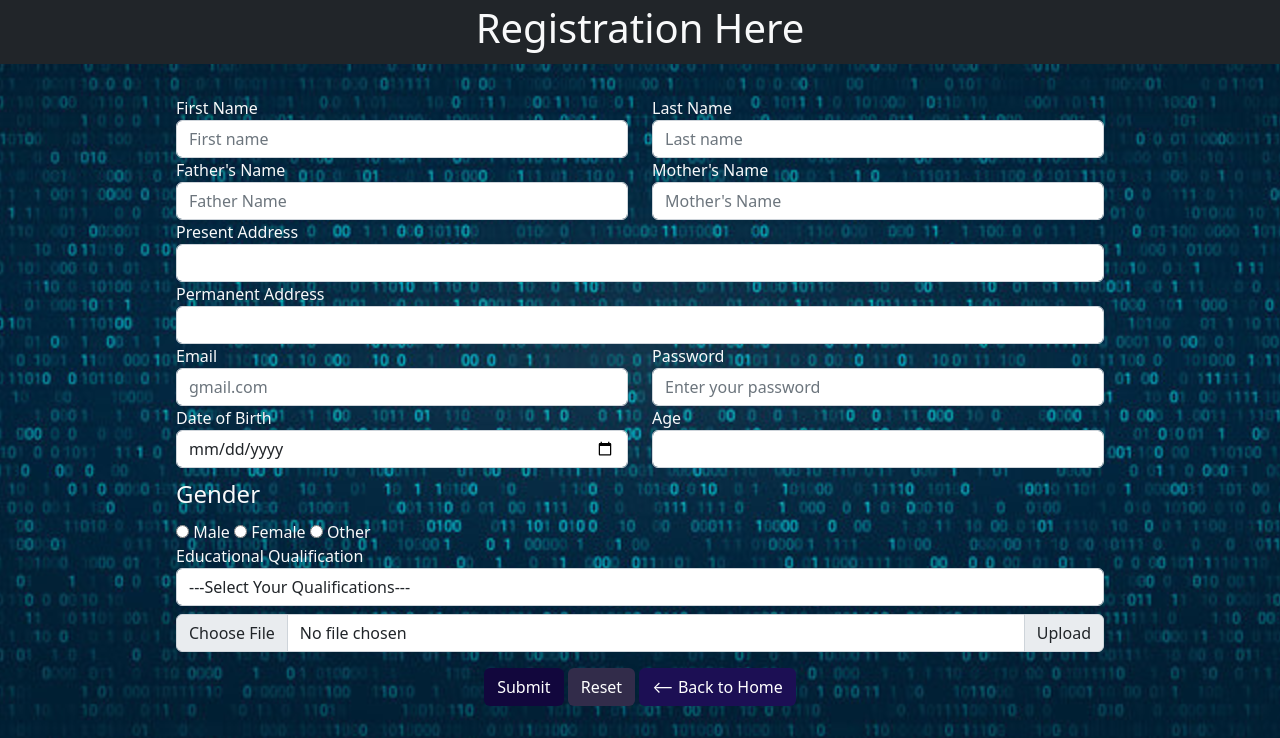
Repository: OmarFaruq97/JspServlet
Page: http://localhost/Form/pages/MainForm.jsp
These files come from the project's save history. The page is drawn as it stood at one moment and after the next save; the edit follows.
The browser window is 1280 px wide. The pictures show the whole page.
Backgrounds fixed to the window are drawn as part of the page. The page is served by Tomcat 9.

Above is the page before, as saved 2025-02-07 23:23:21.

After the next save:
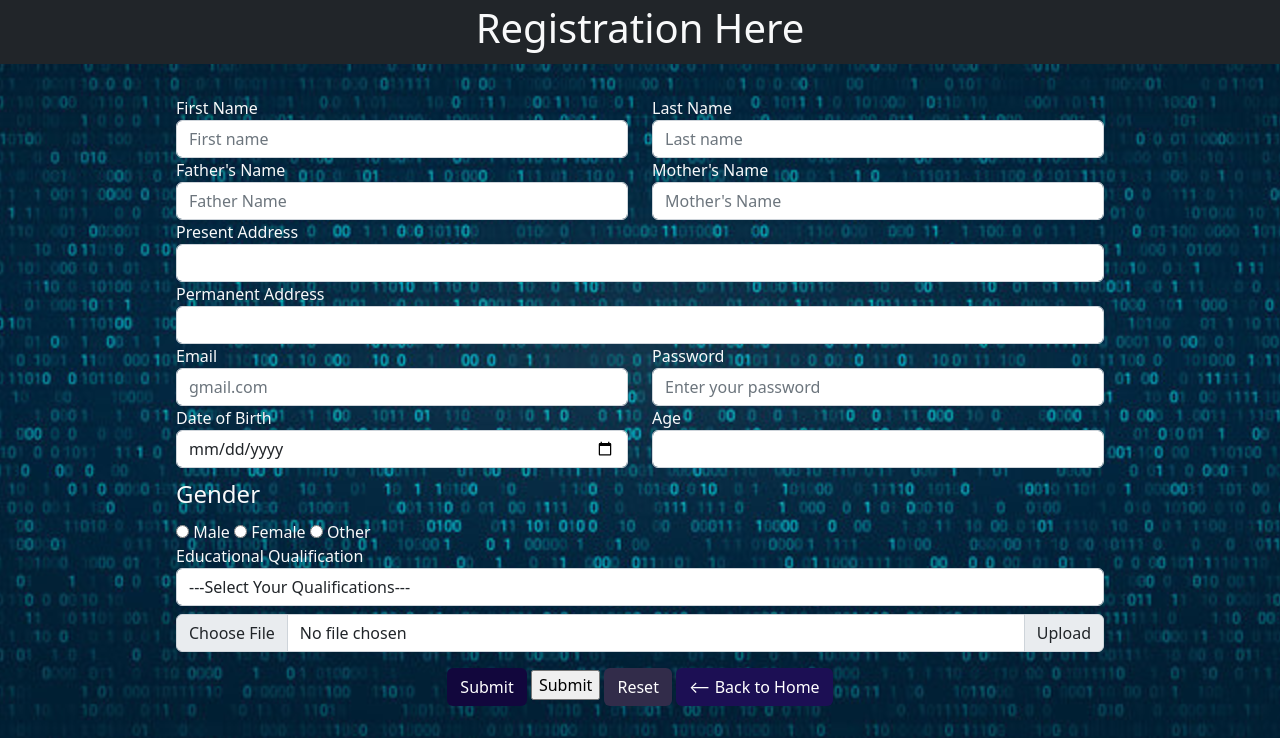
Saved 6 min 43 s later.
--- a/Form/src/main/webapp/pages/MainForm.jsp
+++ b/Form/src/main/webapp/pages/MainForm.jsp
@@ -103,6 +103,7 @@
 
         <div class="mt-3 text-center">
             <input type="submit" class="btn text-white" value="Submit" style="background-color: #12073d">
+            <input class="blue-btn" type="submit" value="Submit">
             <input type="reset" class="btn text-white" value="Reset" style="background-color: #322c4a;">
             <a class="btn text-white" href="/Form" style="background-color: #1c0f54;">⟵ Back to Home</a>
         </div>

After the save that followed:
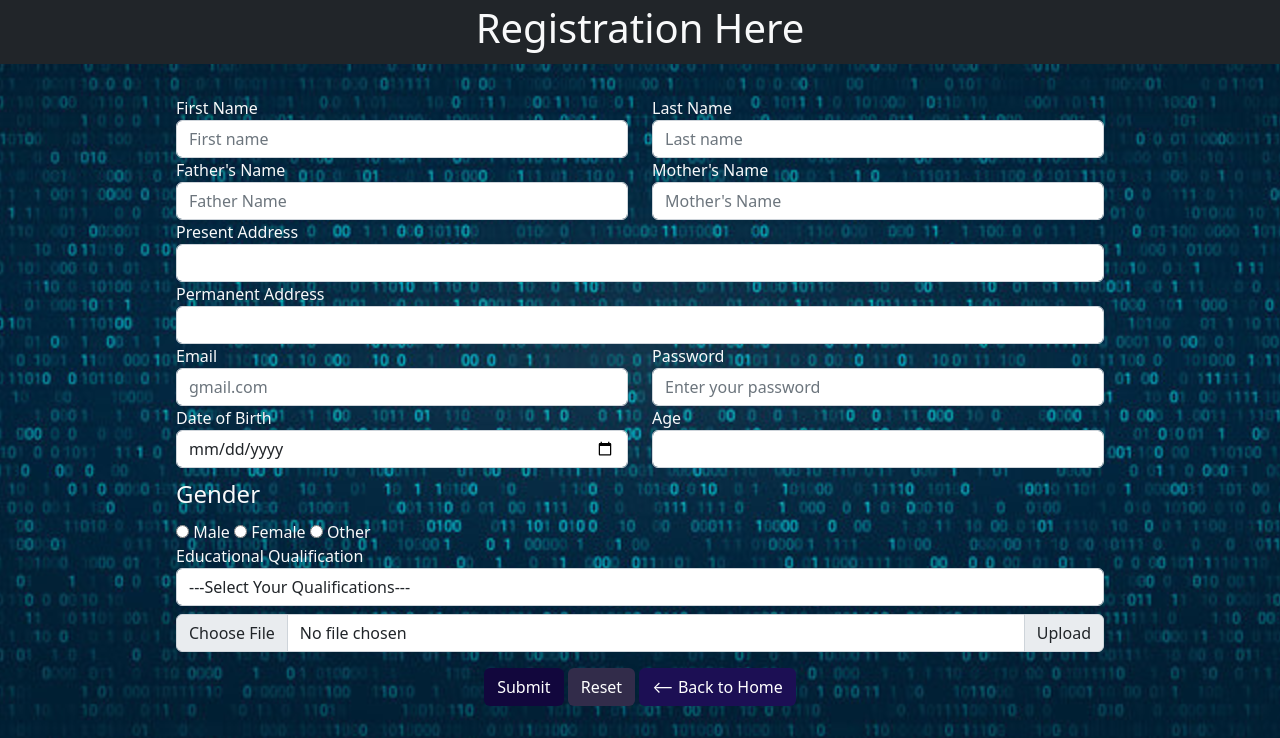
Saved 11 min 59 s later.
--- a/Form/src/main/webapp/pages/MainForm.jsp
+++ b/Form/src/main/webapp/pages/MainForm.jsp
@@ -102,8 +102,7 @@
         </div>
 
         <div class="mt-3 text-center">
-            <input type="submit" class="btn text-white" value="Submit" style="background-color: #12073d">
-            <input class="blue-btn" type="submit" value="Submit">
+            <input class="btn text-white"  type="submit" value="Submit" style="background-color: #12073d">
             <input type="reset" class="btn text-white" value="Reset" style="background-color: #322c4a;">
             <a class="btn text-white" href="/Form" style="background-color: #1c0f54;">⟵ Back to Home</a>
         </div>
